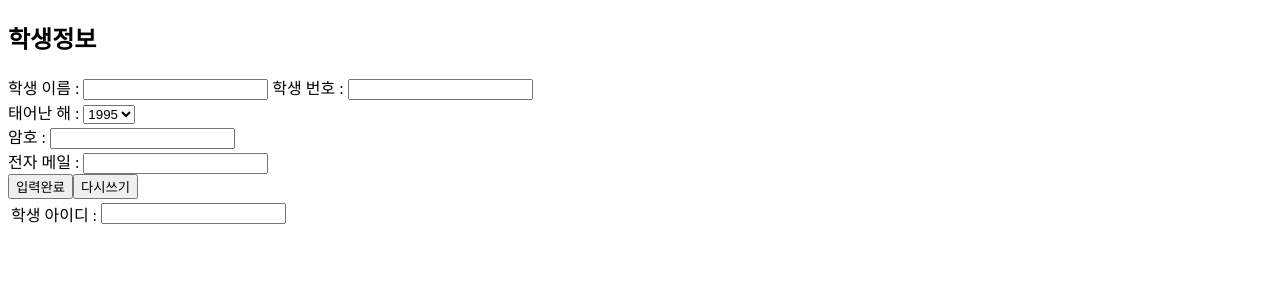
Repository: sunyeongan/Univ_lecture
Page: WebSever_2022/work/week12/week12/src/main/webapp/form2.html
An editor plug-in stored every save of this project. The page is shown before and after the next save, followed by the edit.
The browser window is 1280 px wide. The pictures show the whole page.

Above is the page before, as saved 2022-05-17 02:13:38.

After the next save:
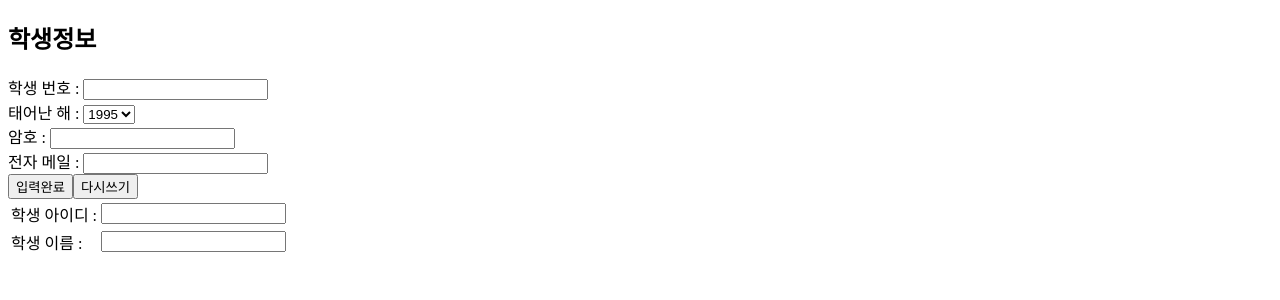
Saved 14 s later.
--- a/WebSever_2022/work/week12/week12/src/main/webapp/form2.html
+++ b/WebSever_2022/work/week12/week12/src/main/webapp/form2.html
@@ -9,7 +9,7 @@
 	<form method = post action = form.jsp>
 	<table>
 	<tr><td>학생 아이디 : </td> <td><input type = text name = id ></td></tr>
-	<tr>학생 이름  : <input type = text name = Sname></tr>
+	<tr><td>학생 이름  : </td> <td><input type = text name = Sname></td></tr>
 	학생 번호 : <input type = text name = call><br>
 	태어난 해 : <select>
 				<option>1995</option>
